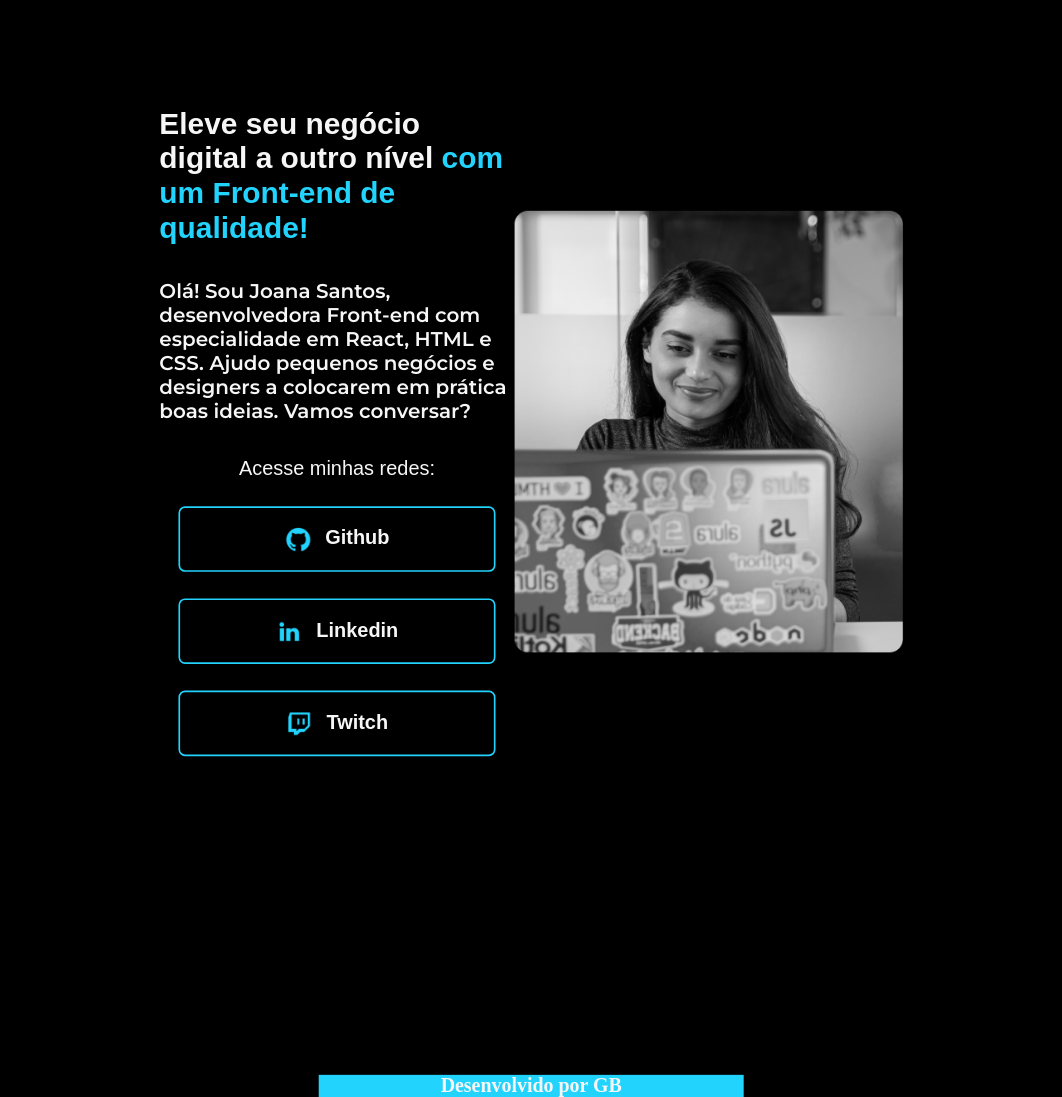
Repository: YoungAkira/CursoHtmlCss
Page: index.html
An editor plug-in stored every save of this project. The page is shown before and after the next save, followed by the edit.
The browser window is 1280 px wide. The pictures show the whole page, at 83% of full size.
Some web fonts or font styles are not loaded; a fallback is used.

Above is the page before, as saved 2023-05-15 11:03:31.

After the next save:
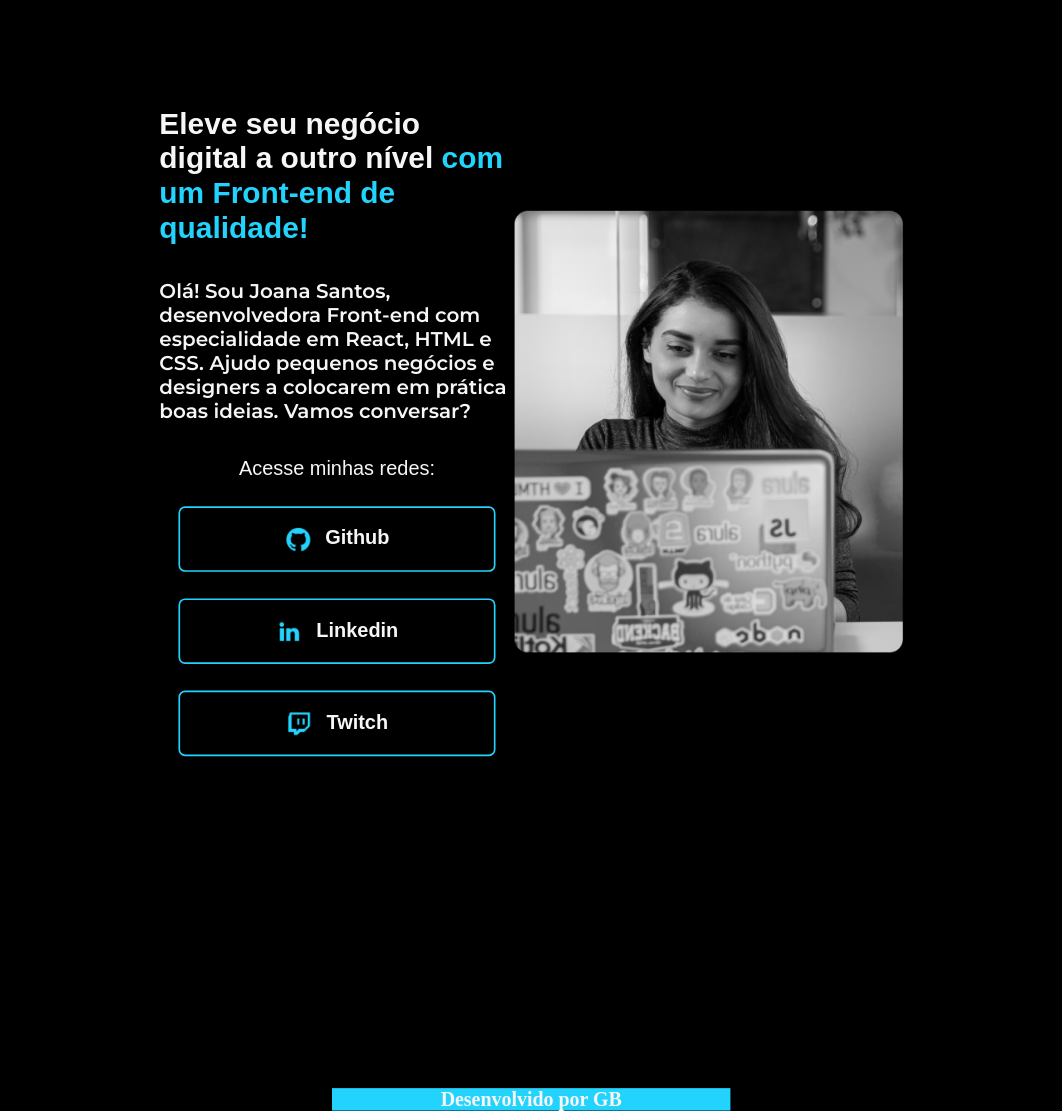
Saved 12 s later.
--- a/style.css
+++ b/style.css
@@ -91,5 +91,5 @@ footer{
     display: flex;
     background-color: #22D4FD;
     justify-content:center;
-    margin: 30%;
+    margin: 400px;
 }
